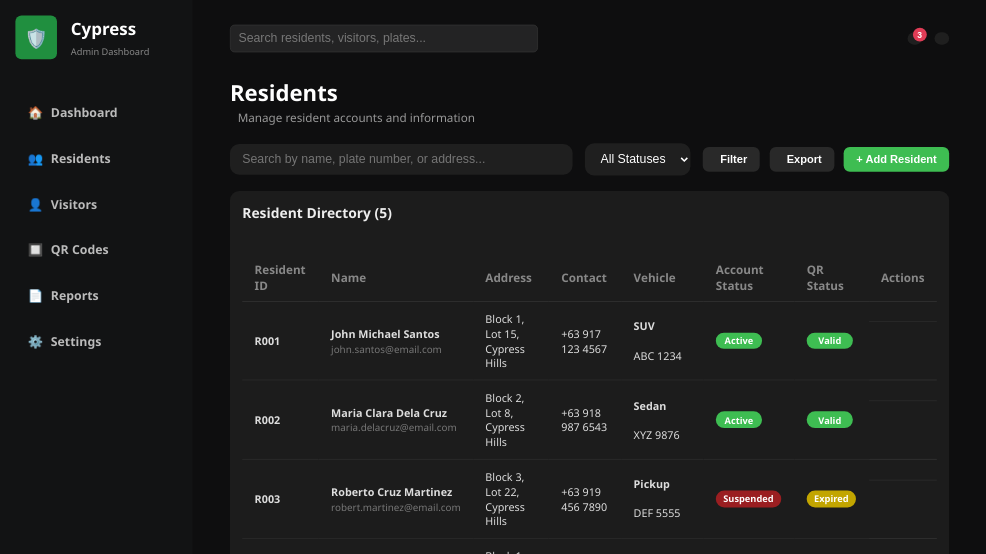
Repository: camuramon/my-project
Page: templates/admin/residents.html
The author's editor kept a copy of each file at every save. The page is drawn from the files as they stood at one save, then again after the next save.
The browser window is 1280 px wide. The pictures show the whole page, at 77% of full size.
An inner scrolling area shows only its first screen. The template is drawn by Flask 3. The application's start-up code is not run. Other server files are loaded and not shown. The template is opened directly, without the code that normally fills it, so the values that code supplies are empty.

Above is the page before, as saved 2025-08-31 05:05:24.

### templates/admin/residents.html
<!DOCTYPE html>
<html lang="en">
<head>
    <meta charset="UTF-8" />
    <meta name="viewport" content="width=device-width, initial-scale=1" />
    <title>Residents Dashboard</title>
   <link rel="stylesheet" href="{{ url_for('static', filename='css/admin.css') }}">
<link rel="stylesheet" href="{{ url_for('static', filename='css/resident.css') }}">
</head>
<body>
    <div class="container">
        <aside class="sidebar">
    <div class="logo">
        <div class="icon">🛡️</div>
        <div class="title">
            <h2>Cypress</h2>
            <span>Admin Dashboard</span>
        </div>
    </div>
    <nav>
        <ul class="sidebar-menu">
            <li class="{% if request.path == url_for('admin_dashboard') %}active{% endif %}">
                <a href="{{ url_for('admin_dashboard') }}"><span class="icon">🏠</span> Dashboard</a>
            </li>
            <li class="{% if request.path == url_for('admin_residents') %}active{% endif %}">
                <a href="{{ url_for('admin_residents') }}"><span class="icon">👥</span> Residents</a>
            </li>
            <li class="{% if request.path == url_for('admin_visitors') %}active{% endif %}">
                <a href="{{ url_for('admin_visitors') }}"><span class="icon">👤</span> Visitors</a>
            </li>
            <li>
                <a href="#"><span class="icon">🔲</span> QR Codes</a>
            </li>
            <li class="{% if request.path == url_for('admin_reports') %}active{% endif %}">
                <a href="{{ url_for('admin_reports') }}"><span class="icon">📄</span> Reports</a>
            </li>
            <li class="{% if request.path == url_for('admin_settings') %}active{% endif %}">
                <a href="{{ url_for('admin_settings') }}"><span class="icon">⚙️</span> Settings</a>
            </li>
        </ul>
    </nav>
</aside>

        <main class="main-content">
            <header class="header">
                <input type="search" placeholder="Search residents, visitors, plates..." class="search-bar" />
                <div class="header-icons">
                    <button class="notification-btn">
                        <i class="fas fa-bell"></i>
                        <span class="notification-count">3</span>
                    </button>
                    <button class="user-btn">
                        <i class="fas fa-user-circle"></i>
                    </button>
                </div>
            </header>

            <section class="resident-section">
                <h2>Residents</h2>
                <p class="subtitle">Manage resident accounts and information</p>

                <div class="sub-header">
                    <input type="search" placeholder="Search by name, plate number, or address..." />
                    <select>
                        <option>All Statuses</option>
                    </select>
                    <div class="buttons">
                        <button class="filter-btn">
                            <i class="fas fa-filter"></i> Filter
                        </button>
                        <button class="export-btn">
                            <i class="fas fa-file-export"></i> Export
                        </button>
                        <button class="add-resident-btn">+ Add Resident</button>
                    </div>
                </div>

                <div class="resident-directory">
                    <h3>Resident Directory (5)</h3>
                    <table>
                        <thead>
                            <tr>
                                <th>Resident ID</th>
                                <th>Name</th>
                                <th>Address</th>
                                <th>Contact</th>
                                <th>Vehicle</th>
                                <th>Account Status</th>
                                <th>QR Status</th>
                                <th>Actions</th>
                            </tr>
                        </thead>
                        <tbody>
                            <tr>
                                <td><strong>R001</strong></td>
                                <td>
                                    <strong>John Michael Santos</strong><br/>
                                    <a href="mailto:john.santos@email.com">john.santos@email.com</a>
                                </td>
                                <td>Block 1, Lot 15, Cypress Hills</td>
                                <td>+63 917 123 4567</td>
                                <td>
                                    <strong>SUV</strong><br/>
                                    ABC 1234
                                </td>
                                <td><span class="status active">Active</span></td>
                                <td><span class="qr-status valid">Valid</span></td>
                                <td class="actions">
                                    <button title="View"><i class="fas fa-eye"></i></button>
                                    <button title="Edit"><i class="fas fa-edit"></i></button>
                                    <button title="Delete"><i class="fas fa-trash"></i></button>
                                </td>
                            </tr>
                            <tr>
                                <td><strong>R002</strong></td>
                                <td>
                                    <strong>Maria Clara Dela Cruz</strong><br/>
                                    <a href="mailto:maria.delacruz@email.com">maria.delacruz@email.com</a>
                                </td>
                                <td>Block 2, Lot 8, Cypress Hills</td>
                                <td>+63 918 987 6543</td>
                                <td>
                                    <strong>Sedan</strong><br/>
                                    XYZ 9876
                                </td>
                                <td><span class="status active">Active</span></td>
                                <td><span class="qr-status valid">Valid</span></td>
                                <td class="actions">
                                    <button title="View"><i class="fas fa-eye"></i></button>
                                    <button title="Edit"><i class="fas fa-edit"></i></button>
                                    <button title="Delete"><i class="fas fa-trash"></i></button>
                                </td>
                            </tr>
                            <tr>
                                <td><strong>R003</strong></td>
                                <td>
                                    <strong>Roberto Cruz Martinez</strong><br/>
                                    <a href="mailto:robert.martinez@email.com">robert.martinez@email.com</a>
                                </td>
                                <td>Block 3, Lot 22, Cypress Hills</td>
                                <td>+63 919 456 7890</td>
                                <td>
                                    <strong>Pickup</strong><br/>
                                    DEF 5555
                                </td>
                                <td><span class="status suspended">Suspended</span></td>
                                <td><span class="qr-status expired">Expired</span></td>
                                <td class="actions">
                                    <button title="View"><i class="fas fa-eye"></i></button>
                                    <button title="Edit"><i class="fas fa-edit"></i></button>
                                    <button title="Delete"><i class="fas fa-trash"></i></button>
                                </td>
                            </tr>
                            <tr>
                                <td><strong>R004</strong></td>
                                <td>
                                    <strong>Ana Beatriz Reyes</strong><br/>
                                    <a href="mailto:ana.reyes@email.com">ana.reyes@email.com</a>
                                </td>
                                <td>Block 1, Lot 7, Cypress Hills</td>
                                <td>+63 920 789 0123</td>
                                <td>
                                    <strong>Hatchback</strong><br/>
                                    GHI 7777
                                </td>
                                <td><span class="status active">Active</span></td>
                                <td><span class="qr-status valid">Valid</span></td>
                                <td class="actions">
                                    <button title="View"><i class="fas fa-eye"></i></button>
                                    <button title="Edit"><i class="fas fa-edit"></i></button>
                                    <button title="Delete"><i class="fas fa-trash"></i></button>
                                </td>
                            </tr>
                            <tr>
                                <td><strong>R005</strong></td>
                                <td>
                                    <strong>Carlos Eduardo Silva</strong><br/>
                                    <a href="mailto:carlos.silva@email.com">carlos.silva@email.com</a>
                                </td>
                                <td>Block 4, Lot 11, Cypress Hills</td>
                                <td>+63 921 345 6789</td>
                                <td>
                                    <strong>SUV</strong><br/>
                                    JKL 2468
                                </td>
                                <td><span class="status inactive">Inactive</span></td>
                                <td><span class="qr-status expired">Expired</span></td>
                                <td class="actions">
                                    <button title="View"><i class="fas fa-eye"></i></button>
                                    <button title="Edit"><i class="fas fa-edit"></i></button>
                                    <button title="Delete"><i class="fas fa-trash"></i></button>
                                </td>
                            </tr>
                        </tbody>
                    </table>
                </div>
            </section>
        </main>
    </div>
</body>
</html>

### static/css/resident.css
/* General Reset and Base */
* {
    box-sizing: border-box;
    margin: 0;
    padding: 0;
}

body {
    font-family: 'Segoe UI', Tahoma, Geneva, Verdana, sans-serif;
    background-color: #0e0e0f;
    color: #ddd;
    display: flex;
    min-height: 100vh;
}

.container {
    display: flex;
    width: 100%;
    height: 100vh;
    overflow: hidden;
}

/* Sidebar */
.sidebar {
    width: 250px;
    background-color: #121314;
    height: 100vh;
    padding: 20px;
    display: flex;
    flex-direction: column;
}

.logo {
    display: flex;
    align-items: center;
    gap: 0.5rem;
    margin-bottom: 2rem;
}

.logo-icon {
    background-color: #3ebd52;
    color: white;
    font-size: 1.5rem;
    padding: 0.6rem;
    border-radius: 8px;
}

.logo-text h1 {
    font-weight: 700;
    font-size: 1.3rem;
    color: white;
}

.logo-text p {
    font-size: 0.8rem;
    color: #666;
}

.sidebar nav ul {
    list-style: none;
}

.sidebar nav ul li {
    display: flex;
    align-items: center;
    gap: 1rem;
    padding: 0.7rem 1rem;
    font-weight: 600;
    cursor: pointer;
    border-radius: 6px;
    color: #aaa;
    margin-bottom: 0.7rem;
    transition: background-color 0.3s ease, color 0.3s ease;
}

.sidebar nav ul li i {
    font-size: 1.1rem;
}

.sidebar nav ul li.active,
.sidebar nav ul li:hover {
    background-color: #292929;
    color: white;
}

/* Main Content */
.main-content {
    flex: 1;
    display: flex;
    flex-direction: column;
    padding: 2rem 3rem;
    overflow-y: auto;
}

/* Header */
.header {
    display: flex;
    justify-content: space-between;
    align-items: center;
    margin-bottom: 2rem;
}

.search-bar {
    width: 400px;
    padding: 0.6rem 1rem;
    border-radius: 8px;
    border: none;
    font-size: 1rem;
    background-color: #1f1f1f;
    color: white;
}

.search-bar::placeholder {
    color: #777;
}

.header-icons {
    display: flex;
    gap: 1rem;
    align-items: center;
}

.notification-btn,
.user-btn {
    position: relative;
    background-color: #1f1f1f;
    border: none;
    padding: 0.5rem 0.6rem;
    border-radius: 8px;
    color: white;
    cursor: pointer;
    font-size: 1.2rem;
}

.notification-count {
    position: absolute;
    top: -6px;
    right: -6px;
    font-size: 0.7rem;
    background: #e03c56;
    color: white;
    width: 18px;
    height: 18px;
    border-radius: 50%;
    display: flex;
    justify-content: center;
    align-items: center;
}

/* Resident Section */
.resident-section h2 {
    font-weight: 700;
    font-size: 1.8rem;
    margin-bottom: 0.2rem;
}

.subtitle {
    font-size: 0.95rem;
    color: #888;
    margin-bottom: 1.5rem;
}

.sub-header {
    display: flex;
    gap: 1rem;
    align-items: center;
    margin-bottom: 1.5rem;
    flex-wrap: wrap;
}

.sub-header input[type="search"] {
    flex: 1;
    padding: 0.7rem 1rem;
    background-color: #1f1f1f;
    border: none;
    border-radius: 12px;
    color: white;
    font-size: 1rem;
}

.sub-header select {
    background-color: #1f1f1f;
    border: none;
    padding: 0.7rem 1rem;
    color: white;
    border-radius: 12px;
    font-size: 1rem;
    cursor: pointer;
}

.buttons {
    display: flex;
    gap: 0.8rem;
}

.filter-btn,
.export-btn,
.add-resident-btn {
    border: none;
    cursor: pointer;
    font-weight: 600;
    display: flex;
    align-items: center;
    gap: 0.4rem;
    padding: 0.5rem 1rem;
    border-radius: 8px;
    font-size: 0.9rem;
}

.filter-btn {
    background-color: #292929;
    color: white;
}

.export-btn {
    background-color: #292929;
    color: white;
}

.add-resident-btn {
    background-color: #3ebd52;
    color: white;
}

/* Resident Directory */
.resident-directory {
    background-color: #1c1c1c;
    padding: 1rem;
    border-radius: 12px;
    overflow-x: auto;
}

.resident-directory h3 {
    font-weight: 600;
    margin-bottom: 1rem;
    color: #eee;
}

table {
    width: 100%;
    border-collapse: collapse;
    color: #ddd;
    font-size: 0.9rem;
}

thead th {
    text-align: left;
    padding: 1rem 1rem 0.7rem;
    font-weight: 600;
    font-size: 0.95rem;
    border-bottom: 1px solid #333;
    color: #888;
}

tbody td {
    padding: 0.8rem 1rem;
    border-bottom: 1px solid #2c2c2c;
    vertical-align: middle;
}

tbody td a {
    color: #777;
    font-size: 0.8rem;
    text-decoration: none;
}

tbody tr:hover {
    background-color: #292929;
}

.status,
.qr-status {
    display: inline-block;
    padding: 0.15rem 0.6rem;
    border-radius: 12px;
    font-weight: 600;
    font-size: 0.75rem;
    color: white;
    min-width: 60px;
    text-align: center;
}

/* Status Colors */
.status.active,
.qr-status.valid {
    background-color: #3ebd52;
}

.status.inactive,
.qr-status.expired {
    background-color: #c2a500;
}

.status.suspended {
    background-color: #9a1e21;
}

/* Actions */
.actions button {
    background: transparent;
    border: none;
    color: #aaa;
    cursor: pointer;
    font-size: 1.1rem;
    margin-right: 0.5rem;
}

.actions button:hover {
    color: white;
}

/* Vehicle Column Bold for vehicle type */
tbody td:nth-child(5) strong {
    display: block;
    font-weight: 700;
}

Loaded but not shown: static/css/admin.css (323 lines, source omitted)

After the next save:
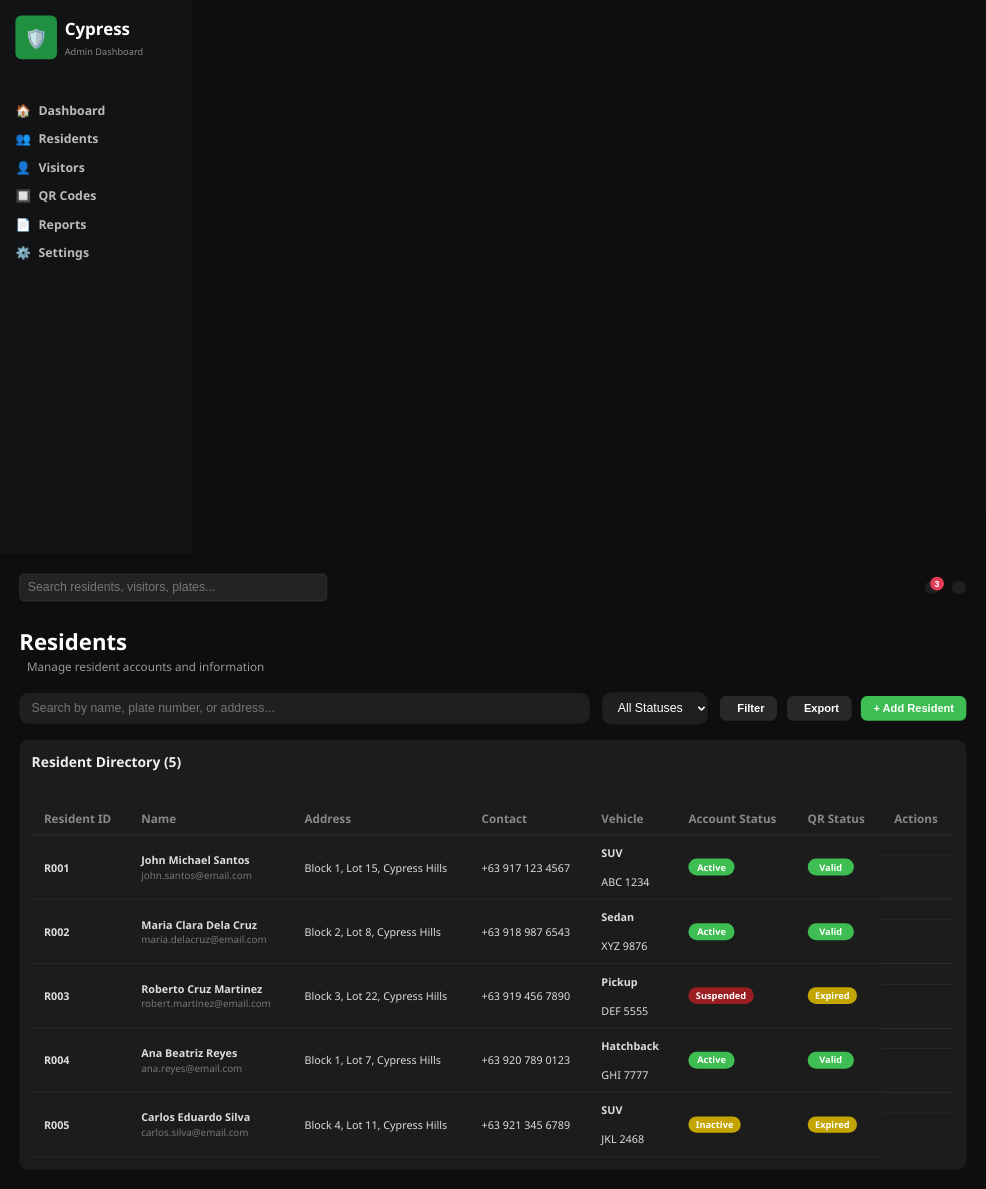
Saved 55 s later.
--- a/static/css/resident.css
+++ b/static/css/resident.css
@@ -13,14 +13,9 @@
     min-height: 100vh;
 }
 
-.container {
-    display: flex;
-    width: 100%;
-    height: 100vh;
-    overflow: hidden;
-}
-
-/* Sidebar */
+/* ===========================
+   SIDEBAR
+=========================== */
 .sidebar {
     width: 250px;
     background-color: #121314;
@@ -33,64 +28,66 @@
 .logo {
     display: flex;
     align-items: center;
-    gap: 0.5rem;
-    margin-bottom: 2rem;
-}
-
-.logo-icon {
-    background-color: #3ebd52;
-    color: white;
-    font-size: 1.5rem;
-    padding: 0.6rem;
+    margin-bottom: 40px;
+}
+
+.logo .icon {
+    background-color: #208f3f;
+    padding: 12px;
     border-radius: 8px;
-}
-
-.logo-text h1 {
+    font-size: 24px;
+    color: white;
+    margin-right: 10px;
+}
+
+.logo .title h2 {
     font-weight: 700;
-    font-size: 1.3rem;
-    color: white;
-}
-
-.logo-text p {
-    font-size: 0.8rem;
-    color: #666;
-}
-
-.sidebar nav ul {
+    color: white;
+    margin-bottom: 4px;
+}
+
+.logo .title span {
+    font-size: 12px;
+    color: #888;
+}
+
+.sidebar-menu {
     list-style: none;
-}
-
-.sidebar nav ul li {
-    display: flex;
-    align-items: center;
-    gap: 1rem;
-    padding: 0.7rem 1rem;
-    font-weight: 600;
-    cursor: pointer;
-    border-radius: 6px;
-    color: #aaa;
-    margin-bottom: 0.7rem;
-    transition: background-color 0.3s ease, color 0.3s ease;
-}
-
-.sidebar nav ul li i {
-    font-size: 1.1rem;
-}
-
-.sidebar nav ul li.active,
-.sidebar nav ul li:hover {
-    background-color: #292929;
-    color: white;
-}
-
-/* Main Content */
+    padding: 0;
+}
+
+.sidebar-menu li {
+    margin: 15px 0;
+}
+
+.sidebar-menu li a {
+    text-decoration: none;
+    color: #bbb;
+    font-weight: 600;
+    display: flex;
+    align-items: center;
+    gap: 10px;
+    font-size: 16px;
+}
+
+.sidebar-menu li a i {
+    font-size: 18px;
+}
+
+.sidebar-menu li.active a,
+.sidebar-menu li a:hover {
+    color: white;
+}
+
+/* ===========================
+   MAIN CONTENT
+=========================== */
 .main-content {
-    flex: 1;
-    display: flex;
-    flex-direction: column;
-    padding: 2rem 3rem;
+    flex-grow: 1;
+    padding: 25px;
     overflow-y: auto;
 }
+
 
 /* Header */
 .header {

After the save that followed:
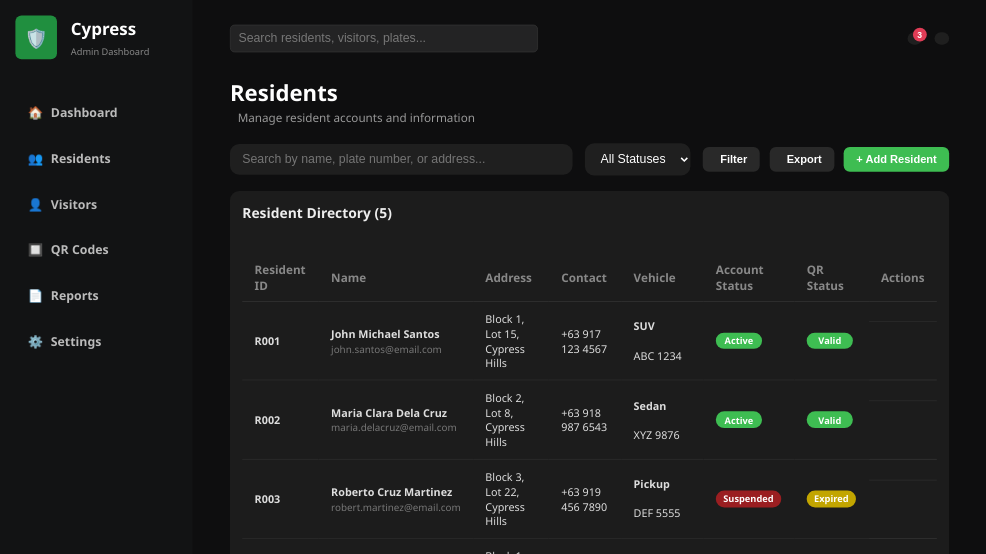
Saved 15 s later.
--- a/static/css/resident.css
+++ b/static/css/resident.css
@@ -13,9 +13,14 @@
     min-height: 100vh;
 }
 
-/* ===========================
-   SIDEBAR
-=========================== */
+.container {
+    display: flex;
+    width: 100%;
+    height: 100vh;
+    overflow: hidden;
+}
+
+/* Sidebar */
 .sidebar {
     width: 250px;
     background-color: #121314;
@@ -28,66 +33,64 @@
 .logo {
     display: flex;
     align-items: center;
-    margin-bottom: 40px;
-}
-
-.logo .icon {
-    background-color: #208f3f;
-    padding: 12px;
+    gap: 0.5rem;
+    margin-bottom: 2rem;
+}
+
+.logo-icon {
+    background-color: #3ebd52;
+    color: white;
+    font-size: 1.5rem;
+    padding: 0.6rem;
     border-radius: 8px;
-    font-size: 24px;
-    color: white;
-    margin-right: 10px;
-}
-
-.logo .title h2 {
+}
+
+.logo-text h1 {
     font-weight: 700;
-    color: white;
-    margin-bottom: 4px;
-}
-
-.logo .title span {
-    font-size: 12px;
-    color: #888;
-}
-
-.sidebar-menu {
+    font-size: 1.3rem;
+    color: white;
+}
+
+.logo-text p {
+    font-size: 0.8rem;
+    color: #666;
+}
+
+.sidebar nav ul {
     list-style: none;
-    padding: 0;
-}
-
-.sidebar-menu li {
-    margin: 15px 0;
-}
-
-.sidebar-menu li a {
-    text-decoration: none;
-    color: #bbb;
-    font-weight: 600;
-    display: flex;
-    align-items: center;
-    gap: 10px;
-    font-size: 16px;
-}
-
-.sidebar-menu li a i {
-    font-size: 18px;
-}
-
-.sidebar-menu li.active a,
-.sidebar-menu li a:hover {
-    color: white;
-}
-
-/* ===========================
-   MAIN CONTENT
-=========================== */
+}
+
+.sidebar nav ul li {
+    display: flex;
+    align-items: center;
+    gap: 1rem;
+    padding: 0.7rem 1rem;
+    font-weight: 600;
+    cursor: pointer;
+    border-radius: 6px;
+    color: #aaa;
+    margin-bottom: 0.7rem;
+    transition: background-color 0.3s ease, color 0.3s ease;
+}
+
+.sidebar nav ul li i {
+    font-size: 1.1rem;
+}
+
+.sidebar nav ul li.active,
+.sidebar nav ul li:hover {
+    background-color: #292929;
+    color: white;
+}
+
+/* Main Content */
 .main-content {
-    flex-grow: 1;
-    padding: 25px;
+    flex: 1;
+    display: flex;
+    flex-direction: column;
+    padding: 2rem 3rem;
     overflow-y: auto;
 }
-
 
 /* Header */
 .header {
